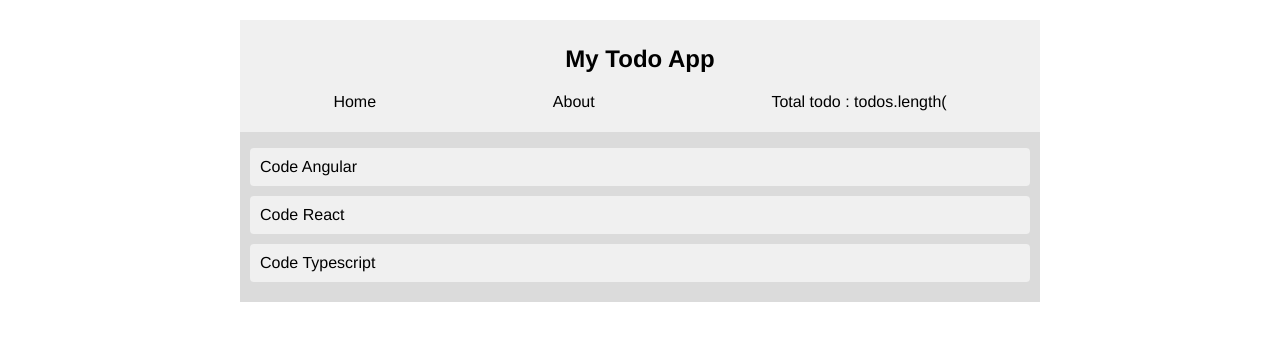
Repository: DTien93/Todo-Typescript
Page: / (app in my-app/)
An editor plug-in stored every save of this project. The page is shown before and after the next save, followed by the edit.
The browser window is 1280 px wide. The pictures show the whole page.
The project was rebuilt for these pictures with package versions that can differ from the ones it lists, and the page was loaded fresh each time. Imported but missing from the stored project, and not drawn on this page: my-app/src/serviceWorker.

Above is the page before, as saved 2021-10-16 18:06:49.

After the next save:
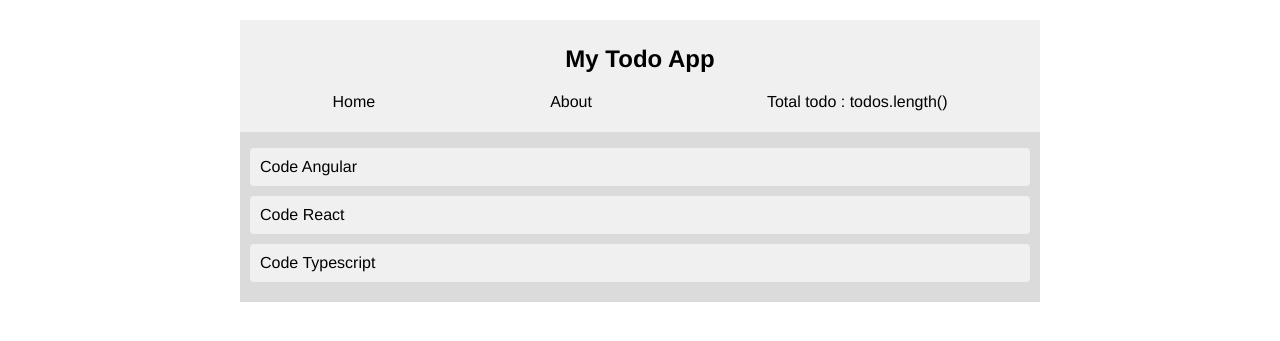
Saved 5 s later.
--- a/my-app/src/components/Navbar.tsx
+++ b/my-app/src/components/Navbar.tsx
@@ -10,7 +10,7 @@ const Navbar = () => {
             <ul>
                 <li>Home</li>
                 <li>About</li>
-                <li>Total todo : todos.length(</li>
+                <li>Total todo : todos.length()</li>
             </ul>
         </div>
     )
